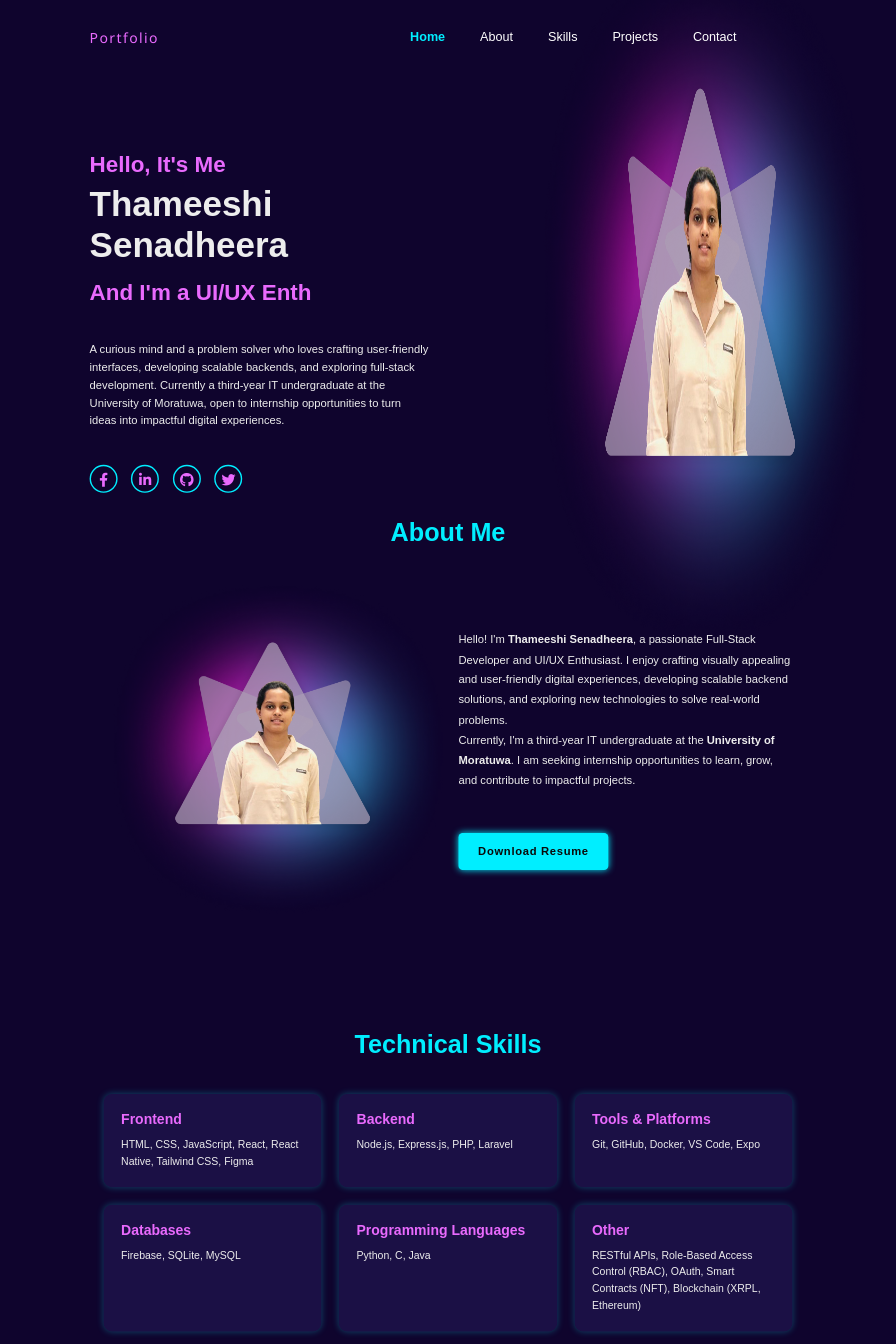
Repository: Thameeshi/portfolio-website
Page: http://localhost/
The author's editor kept a copy of each file at every save. The page is drawn from the files as they stood at one save, then again after a run of saves.
The browser window is 1280 px wide. The pictures show the part of the page from y = 0 to 1920 px (the page is 3616 px tall), at 70% of full size.
The page is served by the project's Node server (server.js).

Above is the page before, as saved 2025-09-10 11:45:37.

### views/index.ejs
<!DOCTYPE html>
<html lang="en">
<head>
    <meta charset="UTF-8">
    <meta name="viewport" content="width=device-width, initial-scale=1.0">
    <title><%= title || (data.personal.name + ' - Portfolio') %></title>
    <link rel="stylesheet" href="/css/style.css">

    <!-- Font Awesome for icons -->
    <link rel="stylesheet" href="https://cdnjs.cloudflare.com/ajax/libs/font-awesome/6.4.0/css/all.min.css" crossorigin="anonymous" referrerpolicy="no-referrer" />

    <!-- SEO Meta Tags -->
    <meta name="description" content="<%= data.personal.name %> - <%= data.personal.title %> specializing in full-stack development, UI/UX design, and modern web technologies.">
    <meta name="keywords" content="full-stack developer, UI/UX, web development, React, Node.js, portfolio, <%= data.personal.name %>">
    <meta name="author" content="<%= data.personal.name %>">
    <meta name="robots" content="index, follow">

    <!-- Open Graph Tags -->
    <meta property="og:title" content="<%= data.personal.name %> - Portfolio">
    <meta property="og:description" content="<%= data.personal.title %> specializing in full-stack development and UI/UX design">
    <meta property="og:type" content="website">
    <meta property="og:url" content="<%= process.env.SITE_URL || '' %>">
    <meta property="og:image" content="/images/home.png">

    <!-- Twitter Card -->
    <meta name="twitter:card" content="summary_large_image">
    <meta name="twitter:title" content="<%= data.personal.name %> - Portfolio">
    <meta name="twitter:description" content="<%= data.personal.title %> specializing in full-stack development and UI/UX design">
    <meta name="twitter:image" content="/images/home.png">

    <!-- Favicon -->
    <link rel="icon" type="image/x-icon" href="/favicon.ico">

    <!-- Preload important resources -->
    <link rel="preload" href="/css/style.css" as="style">
    <link rel="preload" href="/images/home.png" as="image">
</head>

<body>
    <!-- Header -->
    <header class="header" id="header">
        <a href="#home" class="logo">Portfolio</a>

        <nav class="navbar" id="navbar">
            <a href="#home" class="nav-link">Home</a>
            <a href="#about" class="nav-link">About</a>
            <a href="#skills" class="nav-link">Skills</a>
            <a href="#projects" class="nav-link">Projects</a>
            <a href="#contact" class="nav-link">Contact</a>
        </nav>

        <!-- Mobile menu button -->
        <div class="hamburger" id="hamburger">
            <span></span>
            <span></span>
            <span></span>
        </div>
    </header>

    <!-- Home Section -->
    <section class="home" id="home">
        <div class="home-content">
            <h3>Hello, It's Me</h3>
            <h1><%= data.personal.name %></h1>
            <h3>And I'm a <span class="typing" id="typing"></span></h3>
            <p><%= data.personal.description %></p>

            <!-- Social Links -->
            <div class="home-sci">
                <a href="<%= data.social.facebook %>" target="_blank" rel="noopener noreferrer" aria-label="Facebook">
                    <i class="fab fa-facebook-f"></i>
                </a>
                <a href="<%= data.social.linkedin %>" target="_blank" rel="noopener noreferrer" aria-label="LinkedIn">
                    <i class="fab fa-linkedin-in"></i>
                </a>
                <a href="<%= data.social.github %>" target="_blank" rel="noopener noreferrer" aria-label="GitHub">
                    <i class="fab fa-github"></i>
                </a>
                <a href="<%= data.social.twitter %>" target="_blank" rel="noopener noreferrer" aria-label="Twitter">
                    <i class="fab fa-twitter"></i>
                </a>
            </div>
        </div>

        <!-- Right side: Image -->
        <div class="image">
            <img src="/images/home.png" alt="<%= data.personal.name %> - Profile Picture" loading="eager">
        </div>
    </section>

    <!-- About Section -->
    <section class="about" id="about">
        <div class="container">
            <h2>About Me</h2>
            <div class="about-content">
                <div class="about-text">
                    <p>
                        Hello! I'm <strong><%= data.personal.name %></strong>, a passionate <%= data.personal.title %> and UI/UX Enthusiast.
                        I enjoy crafting visually appealing and user-friendly digital experiences, developing scalable backend solutions,
                        and exploring new technologies to solve real-world problems.
                    </p>
                    <p>
                        Currently, I'm a third-year IT undergraduate at the <strong><%= data.personal.university %></strong>.
                        I am seeking internship opportunities to learn, grow, and contribute to impactful projects.
                    </p>
                    <div class="download">
                        <a href="<%= data.personal.resumeLink %>" class="btn-box" target="_blank" rel="noopener noreferrer">
                            Download Resume
                        </a>
                    </div>
                </div>
                <div class="about-image">
                    <img src="/images/home.png" alt="About <%= data.personal.name %>" loading="lazy">
                </div>
            </div>
        </div>
    </section>

    <!-- Skills Section -->
    <section class="skills" id="skills">
        <div class="container">
            <h2>Technical Skills</h2>
            <div class="skills-grid">
                <% data.skills.forEach(skill => { %>
                    <div class="skill-card">
                        <h3><%= skill.category %></h3>
                        <p><%= skill.technologies %></p>
                    </div>
                <% }); %>
            </div>
        </div>
    </section>

    <!-- Projects Section -->
    <section class="projects" id="projects">
        <div class="container">
            <h2>Featured Project</h2>
            <div class="project-showcase">
                <div class="project-card">
                    <div class="project-image-container">
                        <div class="project-images">
                            <% data.project.images.forEach((image, index) => { %>
                                <img src="/images/<%= image %>"
                                     alt="<%= data.project.title %> Screenshot <%= index + 1 %>"
                                     class="project-img <%= index === 0 ? 'active' : '' %>"
                                     loading="<%= index === 0 ? 'eager' : 'lazy' %>">
                            <% }); %>
                        </div>
                        <div class="image-nav">
                            <% data.project.images.forEach((image, index) => { %>
                                <button class="nav-dot <%= index === 0 ? 'active' : '' %>"
                                        onclick="showImage(<%= index %>)"
                                        aria-label="Show image <%= index + 1 %>"></button>
                            <% }); %>
                        </div>
                        <div class="project-overlay">
                            <div class="project-links">
                                <a href="<%= data.project.githubLink %>"
                                   class="project-link"
                                   target="_blank"
                                   rel="noopener noreferrer"
                                   aria-label="View source code">
                                    <i class="fab fa-github"></i>
                                </a>
                                <a href="<%= data.project.liveLink %>"
                                   class="project-link"
                                   target="_blank"
                                   rel="noopener noreferrer"
                                   aria-label="View live demo">
                                    <i class="fas fa-external-link-alt"></i>
                                </a>
                            </div>
                        </div>
                    </div>
                    <div class="project-info">
                        <h3><%= data.project.title %></h3>
                        <p><%= data.project.description %></p>
                        <div class="project-features">
                            <% data.project.features.forEach(feature => { %>
                                <div class="feature">
                                    <i class="fas fa-check-circle"></i>
                                    <span><%= feature %></span>
                                </div>
                            <% }); %>
                        </div>
                        <div class="project-tech">
                            <% data.project.technologies.forEach(tech => { %>
                                <span><%= tech %></span>
                            <% }); %>
                        </div>
                    </div>
                </div>
            </div>
        </div>
    </section>

    <!-- Contact Section -->
    <section class="contact" id="contact">
        <div class="container">
            <h2>Get In Touch</h2>
            <p>I'm always open to discussing new opportunities and interesting projects.</p>

            <div class="contact-content">
                <div class="contact-info">
                    <div class="contact-item">
                        <i class="fas fa-envelope"></i>
                        <h3>Email</h3>
                        <p><%= data.personal.email %></p>
                    </div>
                    <div class="contact-item">
                        <i class="fas fa-phone"></i>
                        <h3>Phone</h3>
                        <p><%= data.personal.phone %></p>
                    </div>
                    <div class="contact-item">
                        <i class="fas fa-map-marker-alt"></i>
                        <h3>Location</h3>
                        <p><%= data.personal.location %></p>
                    </div>
                </div>

                <form class="contact-form" id="contactForm">
                    <div class="form-group">
                        <input type="text"
                               id="name"
                               name="name"
                               placeholder="Your Name"
                               required
                               maxlength="50"
                               pattern="[A-Za-z\s]+"
                               title="Name should only contain letters and spaces">
                    </div>
                    <div class="form-group">
                        <input type="email"
                               id="email"
                               name="email"
                               placeholder="Your Email"
                               required
                               maxlength="100">
                    </div>
                    <div class="form-group">
                        <input type="text"
                               id="subject"
                               name="subject"
                               placeholder="Subject"
                               required
                               maxlength="100">
                    </div>
                    <div class="form-group">
                        <textarea id="message"
                                  name="message"
                                  placeholder="Your Message"
                                  rows="5"
                                  required
                                  minlength="10"
                                  maxlength="1000"></textarea>
                    </div>
                    <button type="submit" class="btn-box">
                        <span class="btn-text">Send Message</span>
                        <span class="btn-loading" style="display: none;">Sending...</span>
                    </button>
                </form>
            </div>
        </div>
    </section>

    <!-- Footer -->
    <footer class="footer">
        <div class="container">
            <p>&copy; <%= currentYear %> <%= data.personal.name %>. All rights reserved.</p>
        </div>
    </footer>

    <!-- Loading overlay -->
    <div class="loading-overlay" id="loadingOverlay">
        <div class="loading-spinner"></div>
    </div>

    <!-- Scripts -->
    <script src="/js/main.js"></script>

    <!-- Typing Effect -->
    <script>
        // Typing effect with data from server
        const typingText = document.getElementById('typing');
        const words = <%- JSON.stringify(data.personal.roles) %>;
        let wordIndex = 0;
        let charIndex = 0;
        let isDeleting = false;

        function typeEffect() {
            if (!typingText || words.length === 0) return;

            const currentWord = words[wordIndex];
            const currentText = currentWord.substring(0, charIndex);
            typingText.textContent = currentText;

            if (!isDeleting && charIndex < currentWord.length) {
                charIndex++;
                setTimeout(typeEffect, 100);
            } else if (isDeleting && charIndex > 0) {
                charIndex--;
                setTimeout(typeEffect, 60);
            } else {
                isDeleting = !isDeleting;
                if (!isDeleting) wordIndex = (wordIndex + 1) % words.length;
                setTimeout(typeEffect, 800);
            }
        }

        // Start typing effect when page loads
        document.addEventListener('DOMContentLoaded', () => {
            setTimeout(typeEffect, 500);
        });
    </script>

    <!-- Structured Data for SEO -->
    <script type="application/ld+json">
    {
        "@context": "https://schema.org",
        "@type": "Person",
        "name": "<%= data.personal.name %>",
        "jobTitle": "<%= data.personal.title %>",
        "description": "<%= data.personal.description.replace(/\n/g, ' ').substring(0, 150) %>",
        "url": "<%= process.env.SITE_URL || '' %>",
        "sameAs": [
            "<%= data.social.linkedin %>",
            "<%= data.social.github %>",
            "<%= data.social.twitter %>"
        ],
        "email": "<%= data.personal.email %>",
        "telephone": "<%= data.personal.phone %>",
        "address": {
            "@type": "PostalAddress",
            "addressLocality": "<%= data.personal.location %>"
        },
        "alumniOf": {
            "@type": "EducationalOrganization",
            "name": "<%= data.personal.university %>"
        },
        "knowsAbout": [
            "Full-Stack Development",
            "UI/UX Design",
            "JavaScript",
            "React",
            "Node.js",
            "Web Development"
        ]
    }
    </script>
</body>
</html>

Loaded but not shown: public/js/main.js (628 lines, source omitted); server.js (274 lines, source omitted); public/css/style.css (770 lines, source omitted)

After the next 2 saves:
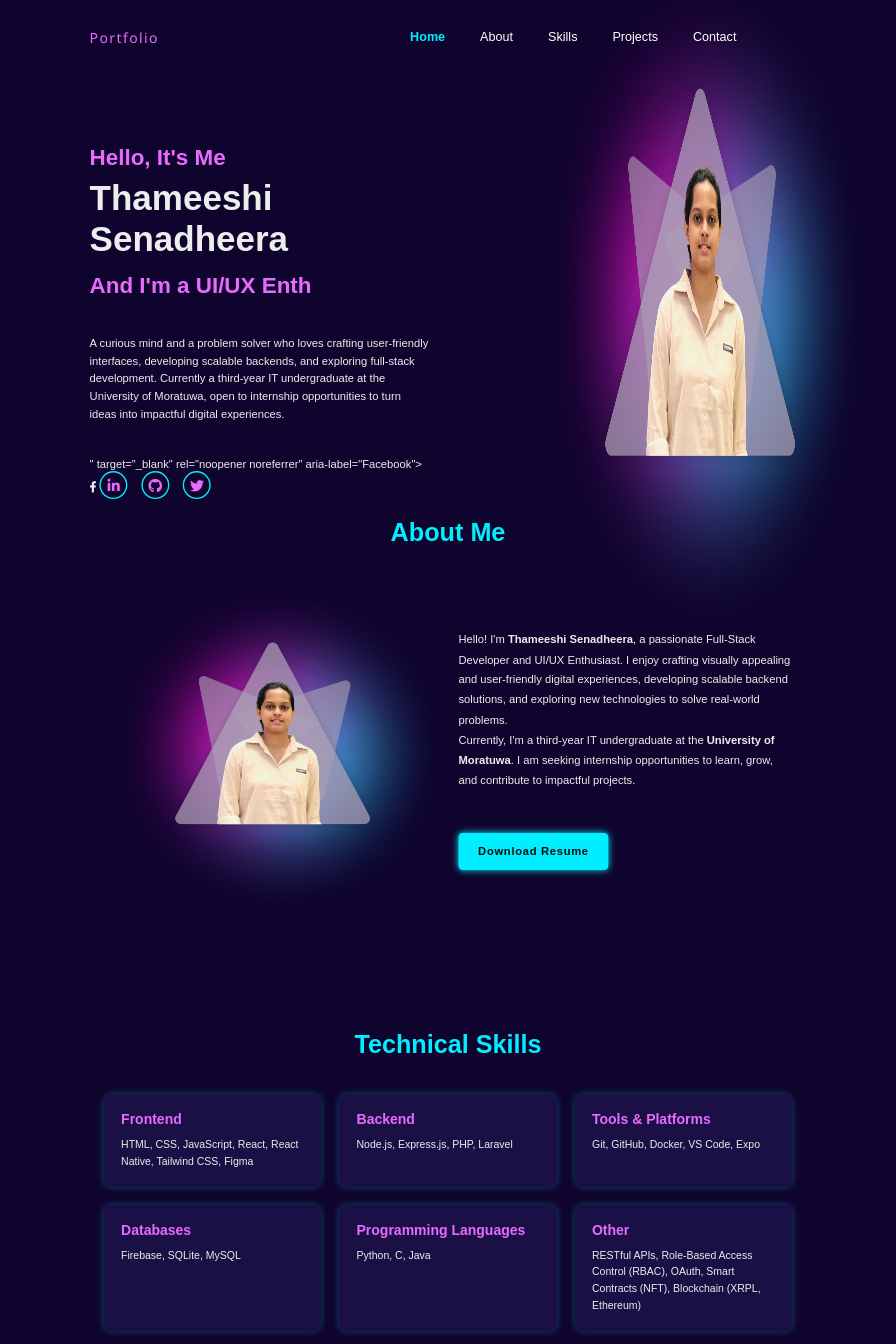
The 2 saves are shown as one change because 1 did not build or start.
The last was saved 23 h 29 min later.
--- a/views/index.ejs
+++ b/views/index.ejs
@@ -67,10 +67,10 @@
 
             <!-- Social Links -->
             <div class="home-sci">
-                <a href="<%= data.social.facebook %>" target="_blank" rel="noopener noreferrer" aria-label="Facebook">
+" target="_blank" rel="noopener noreferrer" aria-label="Facebook">
                     <i class="fab fa-facebook-f"></i>
                 </a>
-                <a href="<%= data.social.linkedin %>" target="_blank" rel="noopener noreferrer" aria-label="LinkedIn">
+                <a href="https://www.facebook.com/profile.php?id=61557323637578&mibextid=LQQJ4d" target="_blank" rel="noopener noreferrer" aria-label="LinkedIn">
                     <i class="fab fa-linkedin-in"></i>
                 </a>
                 <a href="<%= data.social.github %>" target="_blank" rel="noopener noreferrer" aria-label="GitHub">
